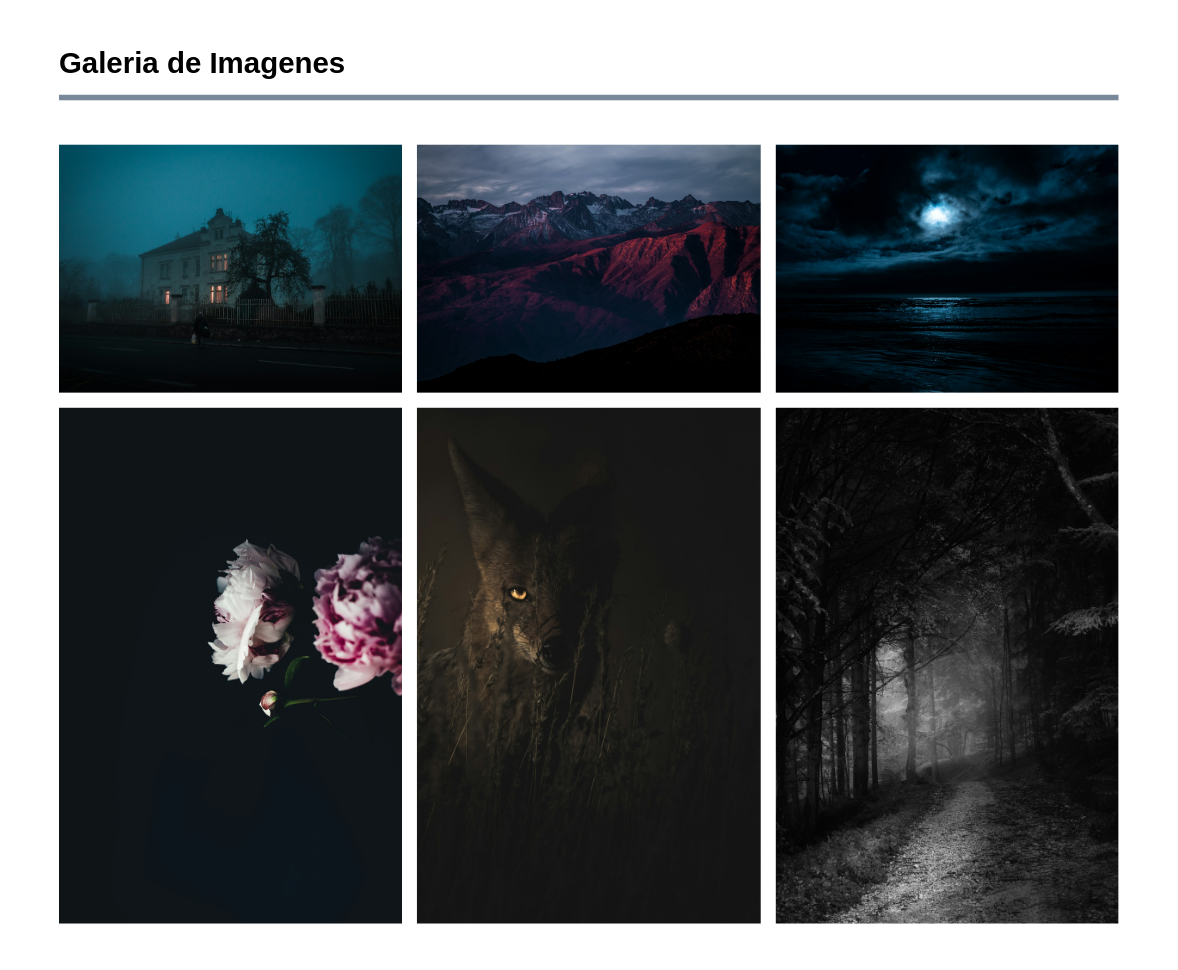
Repository: DamianBermudez94/curso-css3
Page: galeriaImagenes/index.html
An editor plug-in stored every save of this project. The page is shown before and after the next save, followed by the edit.
The browser window is 1280 px wide. The pictures show the whole page, at 92% of full size.

Above is the page before, as saved 2024-06-21 19:41:11.

After the next save:
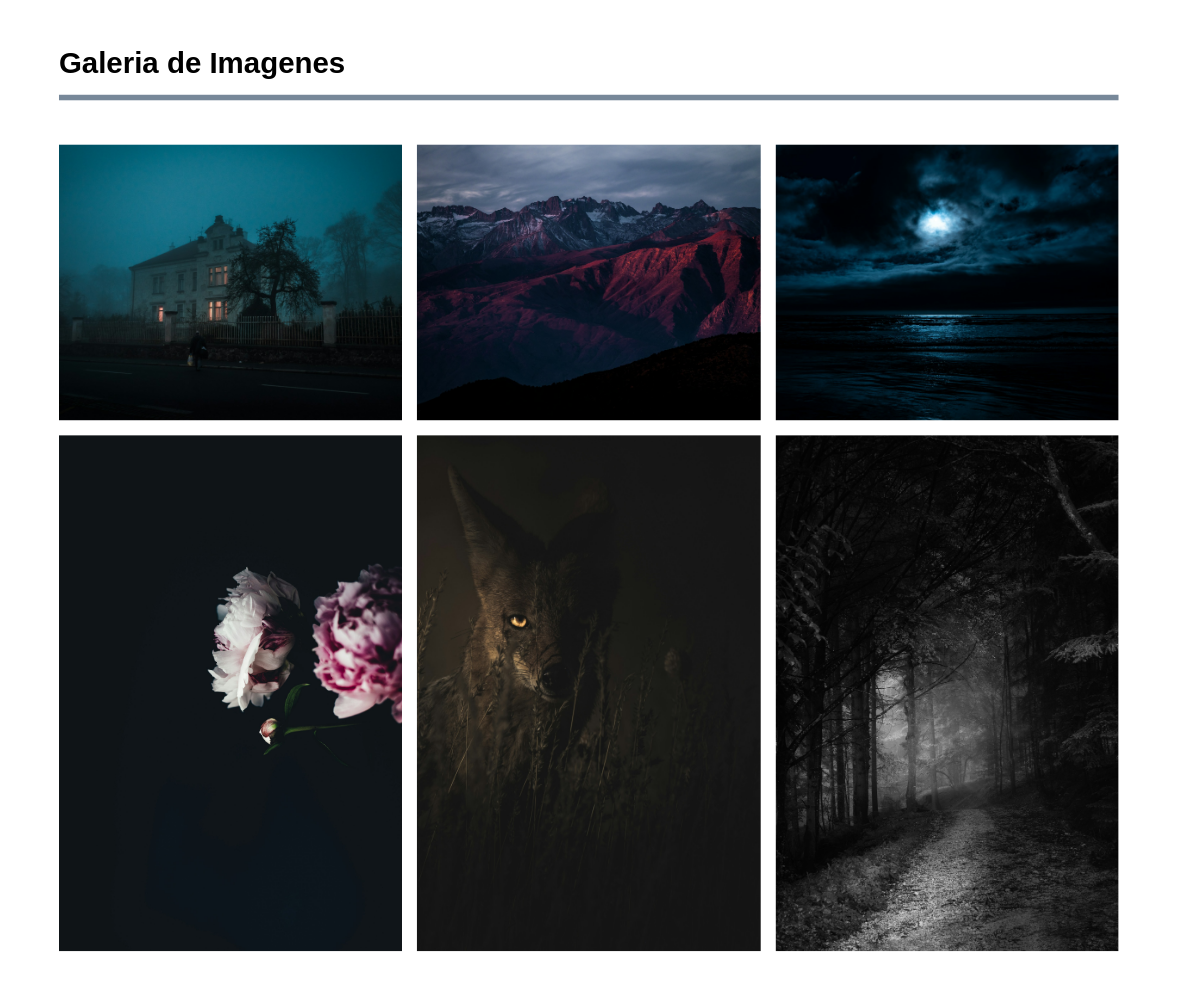
Saved 72 s later.
--- a/galeriaImagenes/estilos.css
+++ b/galeriaImagenes/estilos.css
@@ -28,7 +28,7 @@
 .gallery {
   display: grid;
   grid-template-columns: repeat(auto-fit, minmax(300px, 1fr));
-  grid-template-rows: 270px;
+  grid-template-rows: 300px;
   gap: 1em;
 }
 .picture {
